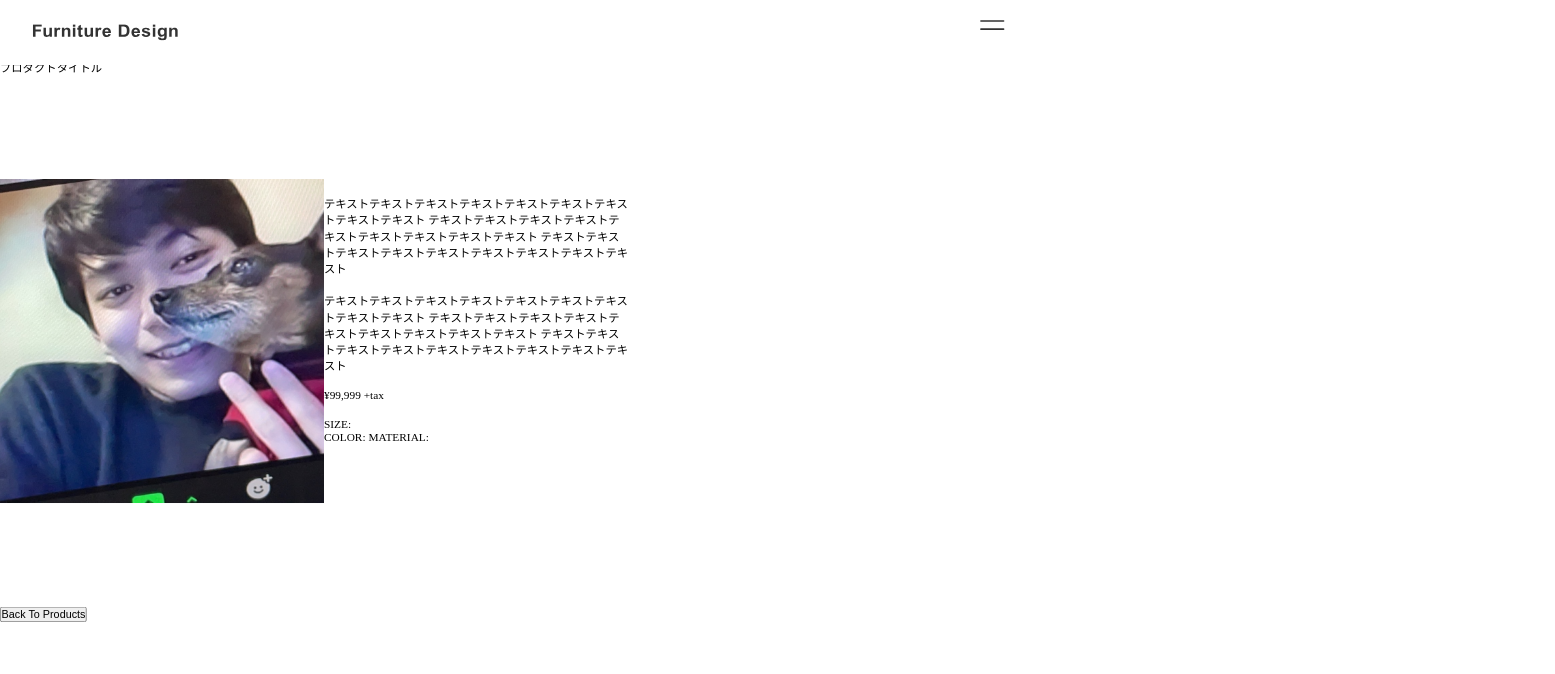
Repository: kohei23n/tenfeet
Page: menbers2/index.html
These files come from the project's save history. The page is drawn as it stood at one moment and after the next save; the edit follows.
The browser window is 1280 px wide. The page is 1920 px wide, so the pictures cover 1920 px, including what lies to the right of the window. The pictures show the whole page, at 81% of full size.

Above is the page before, as saved 2022-02-08 21:58:16.

### menbers2/index.html
<!DOCTYPE html>
<html lang="en">

<head>
    <meta charset="UTF-8" />
    <meta http-equiv="X-UA-Compatible" content="IE=edge" />
    <meta name="viewport" content="width=device-width, initial-scale=1.0" />
    <link rel="stylesheet" href="../reset.css">
    <link rel="stylesheet" href="menbers2.css" />
    <title>Document</title>
</head>

<body>
    <header id="header" class="wrapper open">
        <h1 class="title">
            <a href="index.html">
                <img src="..\img\logo.svg" alt="Furniture Design" />
            </a>
        </h1>
        <nav id="nav">
            <ul class="nav_menu" style="display: none">
                <li><a href="">PRODUCTS</a></li>
                <li><a href="">ABOUT</a></li>
                <li><a href="">COMPANY</a></li>
                <li><a href="">CONTACT</a></li>
            </ul>
        </nav>
        <div class="button">
            <span></span>
            <span></span>
        </div>
    </header>




    <div id="content2"></div>
    <script src="menbers2.js"></script>
</body>

</html>

### reset.css
html, body, div, span, applet, object, iframe,
h1, h2, h3, h4, h5, h6, p, blockquote, pre,
a, abbr, acronym, address, big, cite, code,
del, dfn, em, img, ins, kbd, q, s, samp,
small, strike, strong, sub, sup, tt, var,
b, u, i, center,
dl, dt, dd, ol, ul, li,
fieldset, form, label, legend,
table, caption, tbody, tfoot, thead, tr, th, td,
article, aside, canvas, details, embed,
figure, figcaption, footer, header, hgroup,
menu, nav, output, ruby, section, summary,
time, mark, audio, video {
    margin: 0;
    padding: 0;
    border: 0;
    font-size: 100%;
    font: inherit;
    vertical-align: baseline;
}
/* HTML5 display-role reset for older browsers */
article, aside, details, figcaption, figure,
footer, header, hgroup, menu, nav, section {
    display: block;
}
body {
    /* line-height: 1; */
}
ol, ul {
    list-style: none;
}
blockquote, q {
    quotes: none;
}
blockquote:before, blockquote:after,
q:before, q:after {
    content: '';
    content: none;
}
table {
    border-collapse: collapse;
    border-spacing: 0;
}

### menbers2/menbers2.css
* {
  margin: 0;
  padding: 0;
}

body{
    padding: 5% 0;
}

#header {
  width: 100%;
  height: 80px;
  background-color: #fff;
  display: flex;
  align-items: center;
  justify-content: space-between;
  position: fixed;
  left: 0;
  right: 0;
  top: 0;
  z-index: 10;
}

.wrapper {
  max-width: 1360px;
  padding: 0 40px;
  box-sizing: border-box;
}

h1 {
  display: block;
  font-size: 2em;
  margin-block-start: 0.67em;
  margin-block-end: 0.67em;
  margin-inline-start: 0px;
  margin-inline-end: 0px;
  font-weight: bold;
}

.title a {
  width: 180px;
  line-height: 1px;
  display: block;
}

img {
  max-width: 100%;
}

.open #nav {
  left: 0;
  opacity: 1;
}

/* #nav {
  position: fixed;
  top: 0;
  width: 300px;
  color: #fff;
  padding: 36px 50px;
  transition: all 0.5s;
  z-index: 20;
}

#nav li {
  margin-bottom: 14px;
  list-style: none;
}

#nav a {
  color: #fff;
  text-decoration: none;
  transition: all 0.5s;
} */

.button {
  width: 30px;
  height: 30px;
  position: relative;
  transition: all 0.5s;
  cursor: pointer;
  z-index: 20;
}

.button span:nth-child(1) {
  top: 10px;
}

.button span {
  display: block;
  position: absolute;
  width: 30px;
  height: 2px;
  background-color: #333;
  border-radius: 4px;
  transition: all 0.5s;
}

.member_name{
    font-size: 14px;
    font-weight: 100;
}



.member{
    /* display: block;
    margin-top: 10%; */
}

.member_img{
    width: 400px;
    height: 400px;
    object-fit: cover;
}

.section_member{
    margin: 10% 0;
    width: 150%;
    display: flex;
}

.message{
    font-size: 14px;
    width: 25%;
    margin: 20px 0;
}

### menbers2/menbers2.js
let content = `<h1 class="member_name">プロダクトタイトル</h1>
<section class="section_member">
<img src="../img/9.jpg" alt="" class="member_img">
<div class="member_content">
        <p class="message">テキストテキストテキストテキストテキストテキストテキストテキストテキスト テキストテキストテキストテキストテキストテキストテキストテキストテキスト テキストテキストテキストテキストテキストテキストテキストテキストテキスト</p>
        <p class="message">テキストテキストテキストテキストテキストテキストテキストテキストテキスト テキストテキストテキストテキストテキストテキストテキストテキストテキスト テキストテキストテキストテキストテキストテキストテキストテキストテキスト</p>
        <p class="message">¥99,999 +tax</p>
        <p class="message">SIZE: <br>
        COLOR:
        MATERIAL:</p>
</div>
</section>
<button class="page_back">Back To Products</button>
`

let content2 = document.getElementById("content2");
content2.insertAdjacentHTML("beforebegin", content);

After the next save:
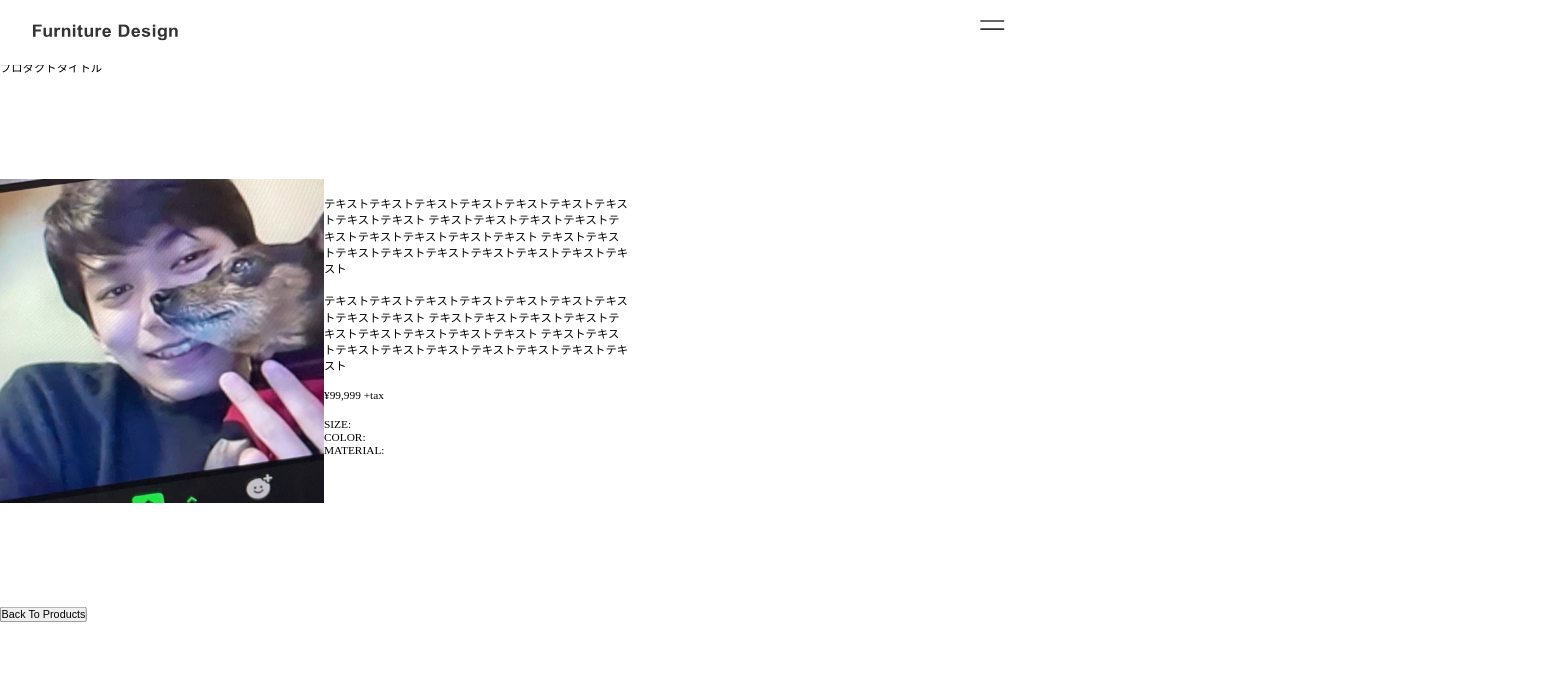
Saved 4 s later.
--- a/menbers2/menbers2.js
+++ b/menbers2/menbers2.js
@@ -6,7 +6,7 @@
         <p class="message">テキストテキストテキストテキストテキストテキストテキストテキストテキスト テキストテキストテキストテキストテキストテキストテキストテキストテキスト テキストテキストテキストテキストテキストテキストテキストテキストテキスト</p>
         <p class="message">¥99,999 +tax</p>
         <p class="message">SIZE: <br>
-        COLOR:
+        COLOR: <br>
         MATERIAL:</p>
 </div>
 </section>
